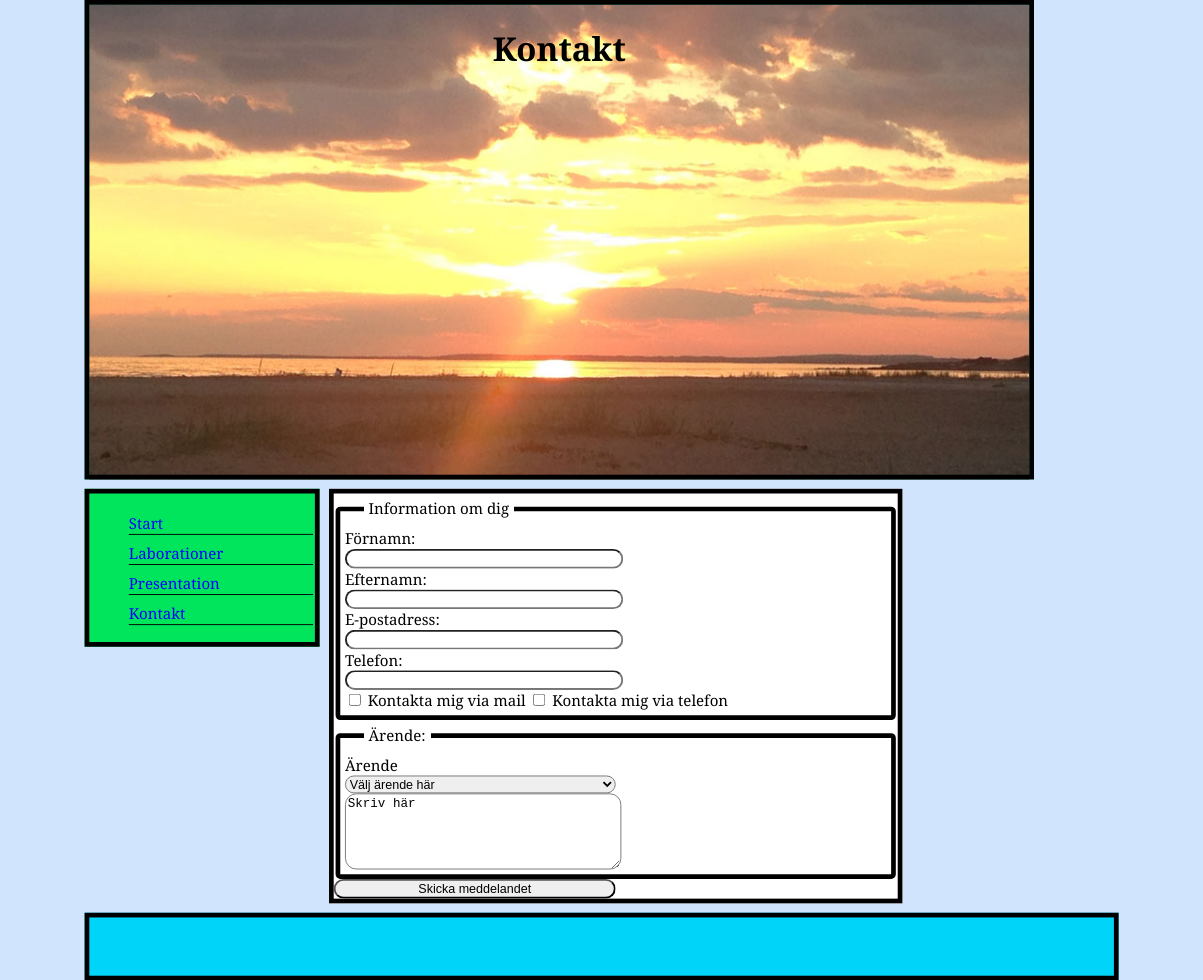
Repository: Martin-Carlsson85/HTML-och-CSS
Page: pages/kontakt.html
The author's editor kept a record of every edit. The page is drawn from the files as they stood at one moment, then again after the next edit.
The browser window is 1280 px wide. The pictures show the whole page, at 94% of full size.

Above is the page before.

### pages/kontakt.html
<!doctype html>
<html lang="sv">
    <head>
        <meta charset="utf-8" />

        <title>Kontakt</title>

         <link rel="stylesheet" href="../css/pics/style.css" />

    </head>

    <body>

         <div class="header">

        <h1>Kontakt</h1>

        </div>

         <div class="navigation">

        <ul>
            <li><a href="../index.html">Start</a></li>

            <li><a href="laborationer.html">Laborationer</a></li>

            <li><a href="presentation.html">Presentation</a></li>

            <li><a href="kontakt.html">Kontakt</a></li>
        </ul>

        <div class="clear"></div>

        </div>

         <div class="content">

        <form id="form" name="form" method="post" action="http://voyager.lnu.se/tekinet/kurser/dtt/wp_webbintro/form.php">

            <fieldset>
                <legend>Information om dig</legend>

                Förnamn:
                <input type="text" name="fnamn" id="fnamn" />

                Efternamn:
                <input type="text" name="enamn" id="enamn" />

                E-postadress:
                <input type="text" name="epost" id="epost" />

                Telefon:
                <input type="text" name="telefon" id="telefon" />

                <input type="checkbox" name="kontakt" id="kontakt" value="kontakt"/>
                <label for="kontakt">Kontakta mig via mail</label>

                <input type="checkbox" name="telefon2" id="telefon2" value="telefon"/>
                <label for="telefon">Kontakta mig via telefon</label>

            </fieldset>


            <fieldset>

                <legend>Ärende:</legend>
                <label for="arende">Ärende</label>

                <select name="anrende2" id="arende">
                <option> Välj ärende här </option>
                <option value="var"> Synpunkter </option>
                <option value="var"> Frågor </option>
                </select>

                <textarea name="meddelande" id="meddelande" cols="45" rows="5" >Skriv här</textarea>

            </fieldset>

            <input type="submit" name="skicka" id="skicka" value="Skicka meddelandet" />

        </form>

        </div>

        <div class="clear"></div>

         <div class="footer">

         </div>

    </body>

</html>

### css/pics/style.css
body, html
{
    background-color: #d0e4fe;
    width:1100px;
    margin:auto;
    font-family: "Georgia", "Arial", "sans-serif";

}
.logotype{
    padding: 30px;
    position: absolute;
    top: 700px;

}
.container
{

    width:960px;

}


.clear{
    clear:both;
}

.content{
    background-color: white;
    float: left;
    width: 600px;
    border-style:solid;
    border-width:5px;


}
.liststyle
{

    padding-left:25px;
}

.liststyle_2 ul li
{
    padding: 0px;
    list-style-type: none;
}

.liststyle_3 ul li{

    padding: 0px;
    list-style-type: none;
}

.liststyle_4{

    padding: 0px;
}

.liststyle_5{

    padding: 0px;
}


.vektor{
    float: left;
}

.header{
    background-image: url(bild_halmstad_2.jpg);
    background-repeat: no-repeat;
    background-color: #16a085;
    text-align: center ;
    height: 500px;
    width: 1000px;
    margin: 0px;
    border-width:5px;
    border-style:solid;
    margin-bottom: 10px;

}
.footer{
    text-align: center ;
    height:62px;
    background-color:#00D4F9;
    border-width:5px;
    border-style:solid;
    margin-top:10px;
    clear:both;


}
.navigation{
    background-color: #00E55B;
    float: left;
    width: 240px;
    margin-right: 10px;
    border-width:5px;
    border-style:solid;
}

.navigation ul{
    list-style-type: none;

}

.navigation li {
    padding: 2px;
    margin-top:2px;
}

.navigation li a {
    display: block;
    padding-top: 3px;
    border-bottom:1px solid black;
    padding-right:90px;

}

.navigation li a:hover{
     background:#27ae60;
}

.navigation li a:active{
    background:#27ae60;
}

.active{
    background-color: lightblue;
    padding-right:90px;
}

#home{
    background-image: url('sprite.png');
    margin-bottom:5px;
    background-position: 0px -50px;
    background-repeat: no-repeat;
    display: block;
    padding-left: 25px;

}

#home:hover{
    background-image: url('sprite.png');
    background-position: 0px -2px;
    background-repeat: no-repeat;
    display: block;


}


#lab{
    background-image: url('sprite.png');
    margin-bottom:5px;
    background-position: 0px -145px;
    background-repeat: no-repeat;
    display: block;
    padding-left: 25px;

}

#lab:hover{
    background-image: url('sprite.png');
    background-position: 0px -97px;
    background-repeat: no-repeat;
    display: block;

}

#pres{
    background-image: url('sprite.png');
    margin-bottom:5px;
    background-position: 0px -241px;
    background-repeat: no-repeat;
    display: block;
    padding-left: 25px;

}

#pres:hover{
    background-image: url('sprite.png');
    background-position: 0px -193px;
    background-repeat: no-repeat;
    display: block;

}

#cont{
    background-image: url('sprite.png');
    margin-bottom:5px;
    background-position: 0px -338px;
    background-repeat: no-repeat;
    display: block;
    padding-left: 25px;

}

#cont:hover{
    background-image: url('sprite.png');
    background-position: 0px -290px;
    background-repeat: no-repeat;
    display: block;

}

h1{
    font-size:35px;
    color: black;
    text-align: center;
}

h2{	font-size:25px;}
h3{	font-size:20px;}
h4{	font-size:17px;}
h5{	font-size:14px;}



fieldset {

    border: 5px solid black;
    border-radius: 5px;
    padding: 5px;
}

fieldset legend {
    padding: 5px 5px ;
    font-size: 16px;
    border-radius: 5px;
    margin-left: 20px;
}


#skicka{
    border-radius: 12px;
    color:Black;
    display: block ;
    width:50%;
}

#meddelande{

    border-radius: 12px;
    Color:Black;
    display: block ;
    width:50%;
}
#arende{

    border-radius: 12px;
    Color:Black;
    display: block ;
    width:50%;
}

#arende2{
    border-radius: 12px;
    Color:Black;
    display: block ;
    width:50%;

}
#fnamn{
    border-radius: 12px;
    Color:Black;
    display: block ;
    width:50%;

}
#enamn{
    border-radius: 12px;
    Color:Black;
    display: block ;
    width:50%;

}

#epost{
    border-radius: 12px;
    color:Black;
    display: block ;
    width:50%;

}

#telefon{
    border-radius: 12px;
    Color:Black;
    display: block ;
    width:50%;

}

#telefon2{
    border-radius: 12px;
    Color:Black;
    text-align: left;

}

#kontakt{
    border-radius: 12px;
    Color:Black;
    text-align: left;

}

a:link {
    color: blue;
    text-decoration: none;

}

a:visited{

    color: blue;

}

a:focus{

     text-decoration: none;

}

a:hover {
    text-decoration:none;



}



a:active {

    color:Black;


}





.table{

    text-align: center;
    padding: 10px;
    position: absolute;
    left: 400px;
    top: 0px;

}

.kevin{
    float: right;

}

.text{
   padding: 0px;
}

.video{
    margin: 60px;

}

.printLink{
    display:none;
}

After the next edit:
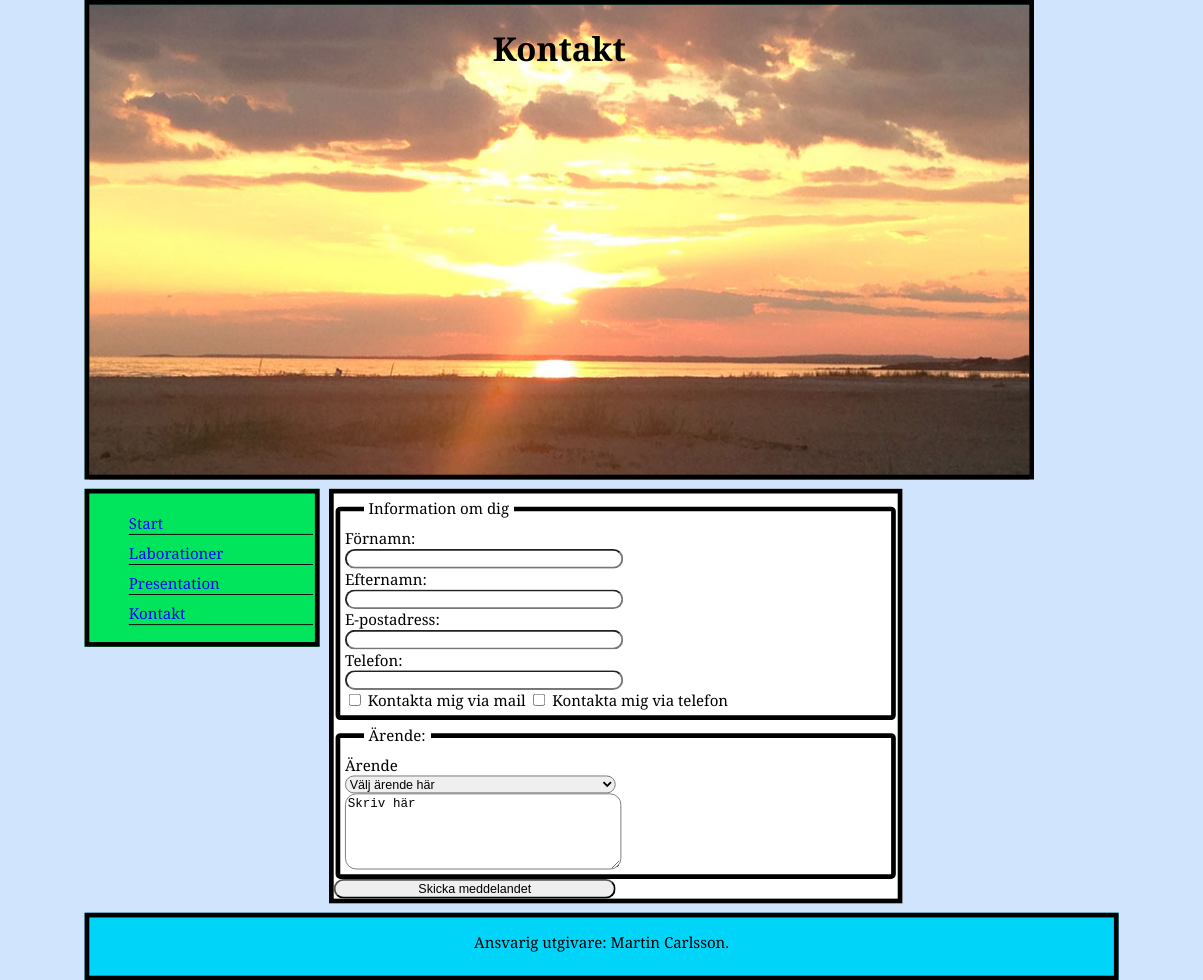
The edit:
--- a/pages/kontakt.html
+++ b/pages/kontakt.html
@@ -86,6 +86,8 @@
 
          <div class="footer">
 
+         <p>Ansvarig utgivare: Martin Carlsson.</p>
+
          </div>
 
     </body>
